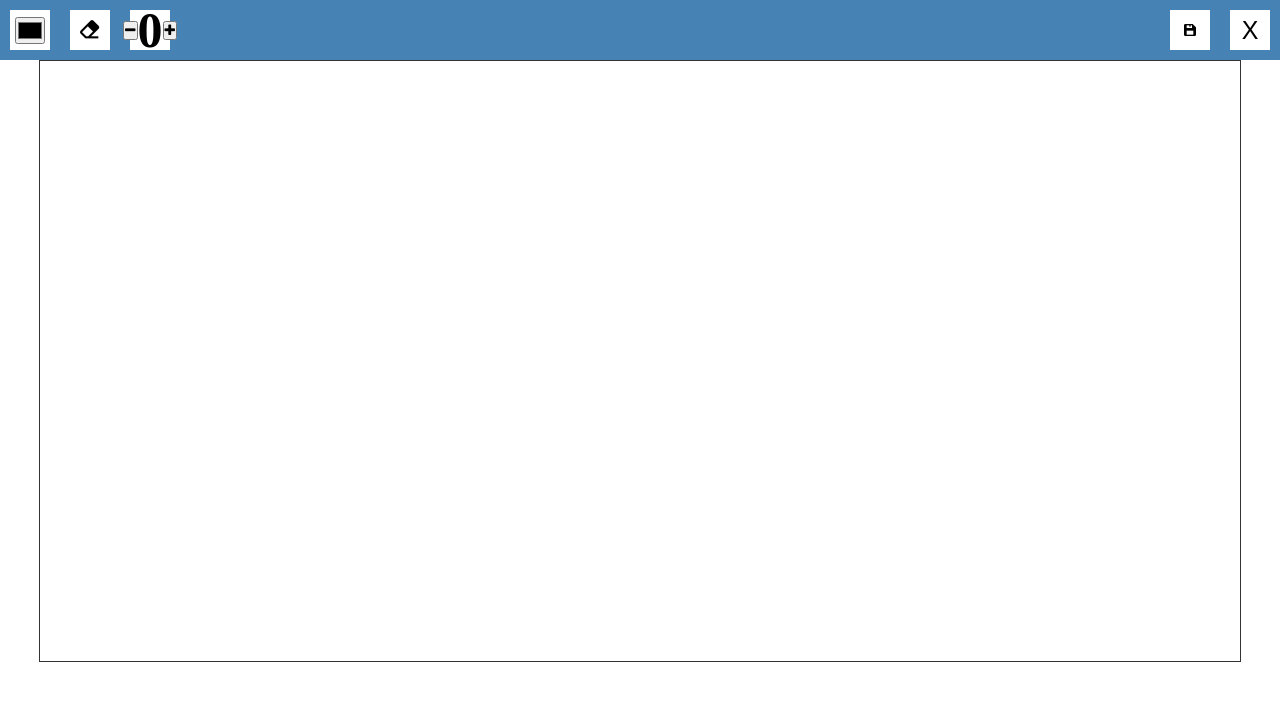
Repository: reminzuetto/DrawingApp
Page: index.html
These files come from the project's save history. The page is drawn as it stood at one moment and after the next save; the edit follows.
The browser window is 1280 px wide. The pictures show the whole page.

Above is the page before, as saved 2024-06-10 20:32:19.
Console error: TypeError: Cannot read properties of null (reading 'addEventListener')
Not found: app.css

After the next save:
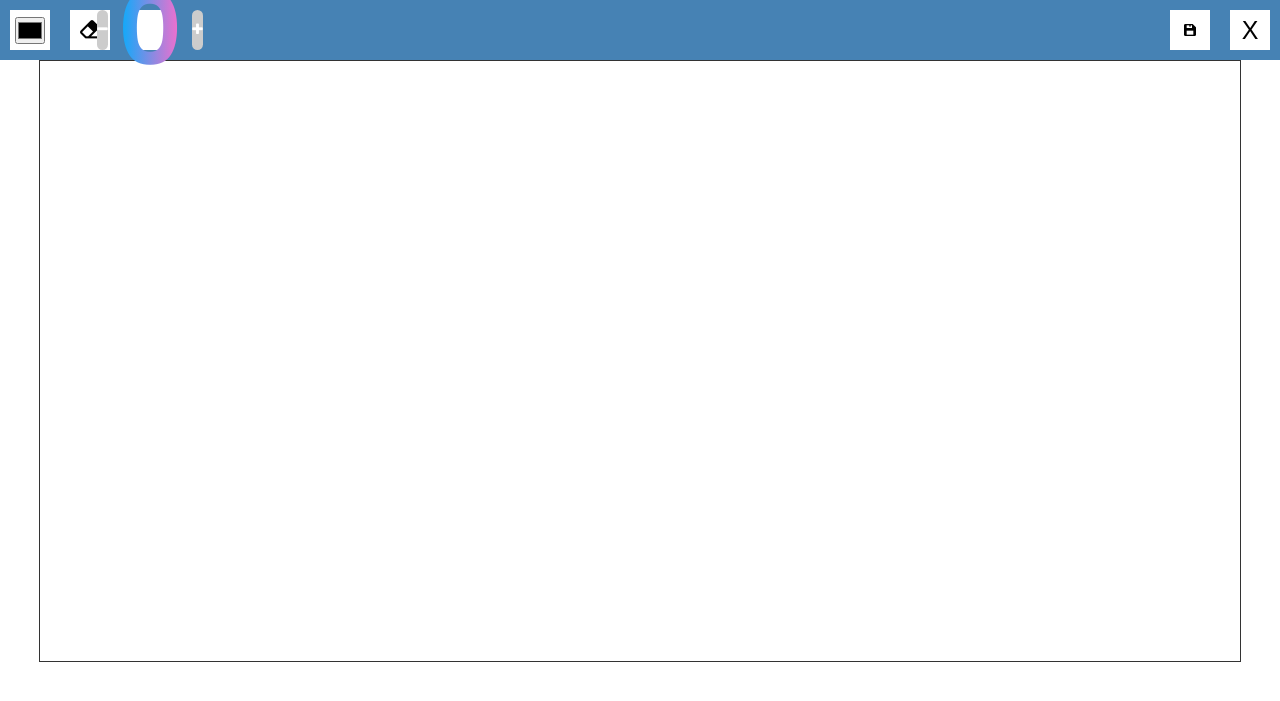
Saved 60 s later.
--- a/style.css
+++ b/style.css
@@ -1,11 +1,80 @@
+html {
+  box-sizing: border-box;
+}
 * {
+  margin: 0;
+  padding: 0;
+}
+*,
+*:before,
+*:after {
   box-sizing: border-box;
-  padding: 0;
-  margin: 0;
 }
-
+input,
+textarea,
+select,
+button {
+  outline: none;
+}
+input {
+  line-height: normal;
+}
+label,
+button {
+  cursor: pointer;
+}
+a {
+  text-decoration: none;
+}
+img {
+  display: block;
+  max-width: 100%;
+}
+*,
+*:before,
+*:after {
+  box-sizing: border-box;
+}
+/* using rem unit */
+html {
+  font-size: 62.5%;
+}
+a {
+  text-decoration: none;
+}
+img {
+  display: block;
+  max-width: 100%;
+}
 body {
-  background-color: #fff;
+  font-family: "Poppins", sans-serif;
+  font-size: 16px;
+  line-height: 1;
+}
+.counter {
+  display: flex;
+  align-items: center;
+  justify-content: center;
+  margin: 50px;
+}
+.counter-number {
+  font-size: 100px;
+  margin: 0 10px;
+  color: transparent;
+  background-image: linear-gradient(to right, #00aefd, #ff6bcb);
+  -webkit-background-clip: text;
+  background-clip: text;
+}
+.counter button {
+  width: 40px;
+  height: 40px;
+  background-color: #ccc;
+  border: 0;
+  color: white;
+  border-radius: 50px;
+  display: flex;
+  justify-content: center;
+  align-items: center;
 }
 
 canvas {
